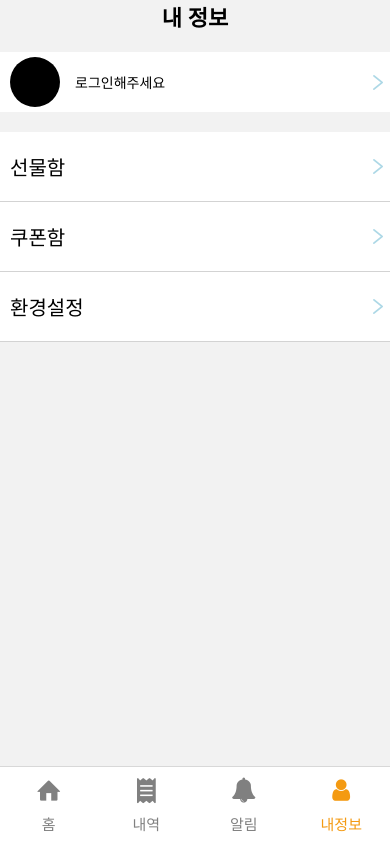
Repository: Unique0902/GachiDutch
Screen: /User
These files come from the project's save history. The screen is drawn as it stood at one moment and after the next save; the edit follows.
The app was drawn by React Native's web renderer in a window 390 px wide. The project was rebuilt for these pictures with package versions that can differ from the ones it lists, and the page was loaded fresh each time. Some packages were replaced by stand-ins written for this rebuild. Also part of the build but not shown: sources/components/lowBar/lowBar.jsx, sources/components/taxi/taxi.jsx, sources/components/alarm/alert.js, sources/components/alarm/alarm.jsx, sources/components/dutch_history/dutch_history.jsx, sources/components/dutchpay_historys/dutchpay_historys.jsx, sources/components/delivery_historys/delivery_historys.jsx, sources/components/taxi_historys/taxi_historys.jsx and 3 more.

Above is the screen before, as saved 2022-11-11 16:57:57.

### App.js
import React from 'react';
import { StyleSheet, Text, View, Image } from 'react-native';
import Home from './sources/components/home/home';
import { NavigationContainer } from '@react-navigation/native';
import { createNativeStackNavigator } from '@react-navigation/native-stack';
import Taxi from './sources/components/taxi/taxi';
import Main from './sources/routes/main/main';
import Login from './sources/routes/login/login';
import HttpClient from './sources/network/http.js';
import ReceiptService from './sources/services/receipt.js';
import Ready from './sources/components/ready/ready';

const Stack = createNativeStackNavigator();
const baseURL = 'https://dutch-server.herokuapp.com';
const httpClient = new HttpClient(baseURL);
const receiptService = new ReceiptService(baseURL);

export default function App() {
  return (
    <>
      <NavigationContainer>
        <Stack.Navigator screenOptions={{ headerShown: false }}>
          <Stack.Screen
            name='Main'
            children={({ navigation, route }) => (
              <Main
                receiptService={receiptService}
                navigation={navigation}
                route={route}
              />
            )}
          />
          <Stack.Screen name='Taxi' component={Taxi} />
          <Stack.Screen name='Login' component={Login} />
          <Stack.Screen name='Ready' component={Ready} />
        </Stack.Navigator>
      </NavigationContainer>
    </>
  );
}

const styles = StyleSheet.create({
  header: {
    flexDirection: 'row',
    alignItems: 'center',
    justifyContent: 'space-between',
    margin: 25,
  },
  main: {},
  container: {
    flex: 1,
    backgroundColor: '#fff',
    alignItems: 'center',
    justifyContent: 'center',
  },
  logo: {
    width: 150,
    height: 30,
  },
});

### sources/components/home/home.jsx
import React, { useRef, useState, useEffect } from 'react';
import {
  StyleSheet,
  Text,
  View,
  Image,
  Button,
  Pressable,
  ScrollView,
  Dimensions,
} from 'react-native';
import { Entypo } from '@expo/vector-icons';
import { FontAwesome } from '@expo/vector-icons';
import { FontAwesome5 } from '@expo/vector-icons';
import LowBar from '../lowBar/lowBar';
import { isLogin, getUid } from '../../services/asyncstorage';
import { StatusBar } from 'react-native';

const Home = ({ login, setLogin, navigation, setUserData, userData }) => {
  const [scrollNum, setScrollNum] = useState(1);
  const windowWidth = Dimensions.get('window').width;
  const statusBarHeight = StatusBar.currentHeight;
  const headerStyle = {
    marginTop: statusBarHeight,
  };
  let advertisementWidth = windowWidth - 40;
  const scrollWidth = parseInt(advertisementWidth);
  let scrollLeft = 0;

  const advertisementStyle = () => {
    return {
      width: advertisementWidth,
    };
  };
  const pageCircleStyle = (num) => {
    if (scrollNum === num) {
      return {
        color: '#FB9700',
      };
    } else {
      return {
        color: '#FFFDD1',
      };
    }
  };
  const scrollRef = useRef();
  return (
    <View style={[styles.home, headerStyle]}>
      <View style={styles.top}>
        <View style={styles.header}>
          <Image
            source={require('../../images/dutch_logo.png')}
            style={styles.logo}
          />
          <Pressable
            onPress={() => {
              navigation.navigate('Ready');
            }}
          >
            <Entypo name='menu' size={35} color='black' />
          </Pressable>
        </View>
        <View style={styles.mainTop}>
          {login ? (
            <View style={styles.onLogin}>
              <Text style={styles.onLoginText}>
                {userData && userData.name}님 반가워요!
              </Text>
            </View>
          ) : (
            <View style={styles.login}>
              <View style={styles.loginTop}>
                <Pressable
                  style={styles.loginBtn}
                  onPress={() =>
                    navigation.navigate('Login', { setLogin, setUserData })
                  }
                >
                  <Text style={[styles.loginText, styles.loginBtnText]}>
                    로그인
                  </Text>
                </Pressable>
                <Text style={styles.loginText}>하시고</Text>
              </View>
              <Text style={styles.loginText}>다양한 혜택을 만나 보세요!</Text>
            </View>
          )}
          <View style={styles.advertisementBox}>
            <ScrollView
              horizontal
              pagingEnabled
              contentContainerStyle={styles.advertisementScroll}
              ref={scrollRef}
              onScroll={(e) => {
                scrollLeft = parseInt(e.nativeEvent.contentOffset.x);
                if (scrollLeft % scrollWidth < 10) {
                  setScrollNum(parseInt(scrollLeft / scrollWidth + 1));
                }
              }}
              scrollEventThrottle={100}
              showsHorizontalScrollIndicator={false}
            >
              <Pressable
                style={[styles.advertisement, advertisementStyle()]}
                onPress={() => {
                  navigation.navigate('Ready');
                }}
              >
                <Image
                  source={require('../../images/advertisement_img.png')}
                  style={styles.advertisementImg}
                />
                <Text style={styles.advertisementText}>
                  같이 더치로{'\n'}편리하게 이용하세요
                </Text>
              </Pressable>
              <Pressable
                style={[styles.advertisement, advertisementStyle()]}
                onPress={() => {
                  navigation.navigate('Ready');
                }}
              >
                <Image
                  source={require('../../images/advertisement_img.png')}
                  style={styles.advertisementImg}
                />
                <Text style={styles.advertisementText}>
                  같이 더치로{'\n'}편리하게 이용하세요
                </Text>
              </Pressable>
              <Pressable
                style={[styles.advertisement, advertisementStyle()]}
                onPress={() => {
                  navigation.navigate('Ready');
                }}
              >
                <Image
                  source={require('../../images/advertisement_img.png')}
                  style={styles.advertisementImg}
                />
                <Text style={styles.advertisementText}>
                  같이 더치로{'\n'}편리하게 이용하세요
                </Text>
              </Pressable>
              <Pressable
                style={[styles.advertisement, advertisementStyle()]}
                onPress={() => {
                  navigation.navigate('Ready');
                }}
              >
                <Image
                  source={require('../../images/advertisement_img.png')}
                  style={styles.advertisementImg}
                />
                <Text style={styles.advertisementText}>
                  같이 더치로{'\n'}편리하게 이용하세요
                </Text>
              </Pressable>
            </ScrollView>
            <View style={styles.pageCircles}>
              <FontAwesome
                style={[styles.pageCircle, pageCircleStyle(1)]}
                name='circle'
                size={10}
                color='white'
              />
              <FontAwesome
                style={[styles.pageCircle, pageCircleStyle(2)]}
                name='circle'
                size={10}
                color='white'
              />
              <FontAwesome
                style={[styles.pageCircle, pageCircleStyle(3)]}
                name='circle'
                size={10}
                color='white'
              />
              <FontAwesome
                style={[styles.pageCircle, pageCircleStyle(4)]}
                name='circle'
                size={10}
                color='white'
              />
            </View>
          </View>
        </View>
      </View>
      <Pressable
        style={styles.event}
        onPress={() => {
          navigation.navigate('Ready');
        }}
      >
        <View>
          <Text style={[styles.eventText, { fontSize: 20 }]}>
            이벤트 {'   '}|
          </Text>
        </View>
        <Text style={[styles.eventText, { fontSize: 15, marginLeft: 20 }]}>
          같이더치 월 결제로 10% 할인받자!
        </Text>
        <Text style={[styles.eventText, { fontSize: 20, marginLeft: 20 }]}>
          {'>'}
        </Text>
      </Pressable>

      <View style={styles.mainBottom}>
        <View style={styles.categories}>
          <View style={styles.topBtns}>
            <View style={styles.btnShadow}>
              <Pressable
                style={styles.goodsBtn}
                onPress={() => {
                  if (login) {
                    navigation.navigate('Taxi', { userData });
                  } else {
                    navigation.navigate('Login', { setLogin, setUserData });
                  }
                }}
              >
                <Image
                  source={require('../../images/taxi_img.png')}
                  style={styles.taxiImg}
                />
                <Text style={[styles.goodText, { marginTop: 20 }]}>택시</Text>
              </Pressable>
            </View>
            <View style={styles.btnShadow}>
              <Pressable
                style={styles.goodsBtn}
                onPress={() => {
                  navigation.navigate('Ready');
                }}
              >
                <Image
                  source={require('../../images/delivery_img.png')}
                  style={styles.taxiImg}
                />
                <Text style={[styles.goodText, { marginTop: 20 }]}>배달</Text>
              </Pressable>
            </View>
          </View>
          <View style={styles.downBtns}>
            <View style={styles.btnShadow}>
              <Pressable
                style={styles.downGoodsBtn}
                onPress={() => {
                  navigation.navigate('Ready');
                }}
              >
                <Image
                  source={require('../../images/taxi_human_img.png')}
                  style={styles.peopleImg}
                />
                <Text
                  style={[styles.goodText, { marginRight: 20, marginLeft: 20 }]}
                >
                  지인끼리
                </Text>
                <Image
                  source={require('../../images/location_img.png')}
                  style={styles.peopleImg}
                />
              </Pressable>
            </View>
          </View>
        </View>
      </View>
    </View>
  );
};

export default Home;

const styles = StyleSheet.create({
  home: {
    flex: 1,
    flexDirection: 'column',
  },
  loginText: {
    paddingVertical: 5,
  },
  header: {
    flexDirection: 'row',
    alignItems: 'center',
    justifyContent: 'space-between',
    margin: 0,
    flex: 1,
  },
  mainTop: {
    flex: 6,
  },
  top: {
    flex: 6,
    padding: 20,
  },
  loginBtn: {},
  login: {
    flex: 2,
    marginTop: 15,
  },
  onLogin: {
    flex: 2,
    marginTop: 15,
  },
  onLoginText: {
    marginTop: 10,
    fontSize: 25,
    fontWeight: '600',
    color: '#444444',
  },
  loginTop: {
    flexDirection: 'row',
    alignItems: 'center',
  },
  loginText: {
    fontSize: 18,
    color: '#444444',
  },
  loginBtnText: {
    color: '#F39910',
    textDecorationLine: 'underline',
    textDecorationStyle: 'solid',
    textDecorationColor: '#000',
  },
  mainBottom: {
    flex: 6,
    padding: 15,
  },
  advertisementScroll: {
    borderRadius: 15,
    position: 'relative',
  },
  advertisementBox: {
    flex: 4,
  },
  advertisement: {
    backgroundColor: '#FBBA00',
    borderRadius: 15,
    position: 'relative',
  },
  advertisementText: {
    color: 'white',
    fontSize: 20,
    fontWeight: '800',
    marginLeft: 30,
    marginTop: 25,
  },
  advertisementImg: {
    width: '100%',
    height: '87%',
    position: 'absolute',
    borderRadius: 20,
    bottom: 0,
  },
  pageCircles: {
    flexDirection: 'row',
    position: 'absolute',
    alignItems: 'center',
    bottom: 4,
    left: 140,
  },
  pageCircle: {
    marginLeft: 3,
    marginRight: 3,
  },
  event: {
    flex: 1,
    backgroundColor: '#3C4451',
    flexDirection: 'row',
    justifyContent: 'center',
    alignItems: 'center',
  },
  categories: {
    flex: 1,
  },
  topBtns: {
    flexDirection: 'row',
    flex: 3,
  },
  downBtns: {
    flex: 2,
  },
  goodsBtn: {
    borderRadius: 20,
    backgroundColor: 'white',
    width: '100%',
    height: '100%',
    alignItems: 'center',
    justifyContent: 'center',
  },
  downGoodsBtn: {
    borderRadius: 20,
    backgroundColor: 'white',
    width: '100%',
    height: '100%',
    flexDirection: 'row',
    justifyContent: 'center',
    alignItems: 'center',
  },
  goodText: {
    fontSize: 20,
    fontWeight: '600',
  },
  btnShadow: {
    flex: 1,
    shadowOffset: {
      width: 0,
      height: 1,
    },
    shadowOpacity: 0.18,
    borderRadius: 20,
    shadowRadius: 1.0,
    elevation: 1,
    margin: 5,
  },
  eventText: {
    color: 'white',
  },
  taxiImg: {
    width: 90,
    height: 90,
  },
  peopleImg: {
    width: 60,
    height: 67,
  },
  logo: {
    width: 150,
    height: 30,
  },
});

### sources/routes/main/main.jsx
import React, { useEffect, useRef, useState } from 'react';
import { View, Button, Text } from 'react-native';
import Home from '../../components/home/home';
import LowBar from '../../components/lowBar/lowBar';
import User from '../../components/user/user';
import Alarm from '../../components/alarm/alarm';
import Receipt from '../../components/receipt/receipt';
import { createBottomTabNavigator } from '@react-navigation/bottom-tabs';
import { Entypo } from '@expo/vector-icons';
import { FontAwesome } from '@expo/vector-icons';
import { FontAwesome5 } from '@expo/vector-icons';
import { isLogin, matchUserData } from '../../services/asyncstorage';

const Tab = createBottomTabNavigator();

const Main = ({ receiptService, navigation, route }) => {
  const [login, setLogin] = useState(false);
  const [userData, setUserData] = useState(null);
  useEffect(() => {
    isLogin().then((result) => {
      if (result) {
        setLogin(true);
        console.log('로그인 되어있음!');
        matchUserData(setUserData);
      } else {
        setLogin(false);
        console.log('로그인 안되어있음!');
      }
    });
  }, [login]);
  return (
    <>
      <View style={{ flex: 14 }}>
        <Tab.Navigator
          screenOptions={({ route }) => ({
            tabBarIcon: ({ color, size }) => {
              if (route.name === 'Home') {
                return <Entypo name='home' size={size} color={color} />;
              } else if (route.name === 'Receipt') {
                return (
                  <FontAwesome5 name='receipt' size={size} color={color} />
                );
              } else if (route.name === 'Alarm') {
                return <FontAwesome name='bell' size={size} color={color} />;
              } else if (route.name === 'User') {
                return <FontAwesome name='user' size={size} color={color} />;
              }
            },
            tabBarStyle: { flex: 0.1 },
            tabBarLabelStyle: {
              fontSize: 15,
              marginBottom: 10,
              fontWeight: '500',
            },
            tabBarActiveTintColor: '#F49A11',
            tabBarInactiveTintColor: 'gray',
            headerShown: false,
          })}
        >
          <Tab.Screen
            name='Home'
            options={({ route, navigation }) => {
              return { tabBarLabel: '홈' };
            }}
            children={({ navigation }) => (
              <Home
                login={login}
                setLogin={setLogin}
                navigation={navigation}
                setUserData={setUserData}
                userData={userData}
              />
            )}
          />
          <Tab.Screen
            name='Receipt'
            options={({ route, navigation }) => {
              return { tabBarLabel: '내역' };
            }}
            children={({ navigation, route }) => (
              <Receipt
                login={login}
                navigation={navigation}
                receiptService={receiptService}
                userData={userData}
                route={route}
              />
            )}
          />
          <Tab.Screen
            options={({ route, navigation }) => {
              return { tabBarLabel: '알림' };
            }}
            name='Alarm'
            children={({ navigation }) => (
              <Alarm login={login} navigation={navigation} />
            )}
          />
          <Tab.Screen
            options={({ route, navigation }) => {
              return { tabBarLabel: '내정보' };
            }}
            name='User'
            children={({ navigation }) => (
              <User
                login={login}
                setLogin={setLogin}
                navigation={navigation}
                setUserData={setUserData}
                userData={userData}
              />
            )}
          />
        </Tab.Navigator>
      </View>
    </>
  );
};

export default Main;

### sources/network/http.js
export default class HttpClient {
  constructor(baseURL) {
    this.baseURL = baseURL;
  }

  async fetch(url, options) {
    const res = await fetch(`${this.baseURL}${url}`, {
      ...options,
      headers: {
        'Content-Type': 'application/json',
        ...options.headers,
      },
    });
    let data;
    try {
      data = await res.json();
    } catch (error) {
      console.error(error);
    }

    if (res.status > 299 || res.status < 200) {
      const message =
        data && data.message ? data.message : 'Something went wrong! 🤪';
      const error = new Error(message);
      throw error;
    }
    return data;
  }
}

### sources/services/receipt.js
export default class ReceiptService {
  constructor(http) {
    this.http = http;
  }

  getTexiHistorys = async (userId) => {
    return await fetch(`${this.http}/receipt/all/${userId}`, {
      method: 'GET',
    });
  };
}

### sources/services/asyncstorage.js
import AsyncStorage from '@react-native-async-storage/async-storage';

export const isLogin = async () => {
  try {
    const loginDatas = await AsyncStorage.getItem('loginDatas');
    console.log(loginDatas);
    if (loginDatas) {
      return true;
    } else {
      return false;
    }
  } catch (e) {
    console.error(e);
  }
};

export const logout = async () => {
  try {
    await AsyncStorage.removeItem('loginDatas');
  } catch (error) {
    console.error(error);
  }
};

export const getRefreshToken = async () => {
  try {
    const loginDatas = await AsyncStorage.getItem('loginDatas');
    if (loginDatas) {
      return JSON.parse(loginDatas).refreshToken;
    }
  } catch (e) {
    console.error(e);
  }
};

export const getUid = async () => {
  try {
    const loginDatas = await AsyncStorage.getItem('loginDatas');
    if (loginDatas) {
      return JSON.parse(loginDatas).uid;
    }
  } catch (e) {
    console.error(e);
  }
};

export const matchUserData = async (setUserData) => {
  try {
    const loginDatas = await AsyncStorage.getItem('loginDatas');
    if (loginDatas) {
      return setUserData(JSON.parse(loginDatas));
    }
  } catch (e) {
    console.error(e);
  }
};

### sources/components/user/user.jsx
import React, { useEffect, useRef, useState } from 'react';
import { StatusBar } from 'react-native';
import {
  StyleSheet,
  Text,
  View,
  Pressable,
  ScrollView,
  Image,
} from 'react-native';
import { AntDesign } from '@expo/vector-icons';
import { isLogin, logout } from '../../services/asyncstorage';

export default function User({
  login,
  setLogin,
  navigation,
  setUserData,
  userData,
}) {
  const statusBarHeight = StatusBar.currentHeight;
  const headerStyle = {
    marginTop: statusBarHeight,
  };
  const onProfilePress = () => {
    console.log('profile pressed');
  };
  const onProfileInfoPress = () => {
    if (login) {
    } else {
      navigation.navigate('Login', { setLogin: setLogin });
    }
  };
  useEffect(() => {
    console.log(login);
  }, []);
  return (
    <View style={styles.container}>
      <View>
        <Text style={[styles.header, headerStyle]}>내 정보</Text>
      </View>
      <View>
        <Pressable style={styles.profileBtn}>
          <Pressable onPress={onProfilePress}>
            <Image style={styles.profileImage} />
          </Pressable>
          <View style={styles.profileName}>
            {login ? (
              <>
                <Text style={styles.nameText}>{userData && userData.name}</Text>
              </>
            ) : (
              <>
                <Text>로그인해주세요</Text>
              </>
            )}
          </View>
          <AntDesign style={styles.enter} name='right' size={20} />
        </Pressable>
        {/* <Pressable
          style={{
            flexDirection: 'column',
            alignItems: 'flex-end',
            marginBottom: 15,
          }}
        >
          <View style={{ flexDirection: 'row' }}>
            <Text>*** </Text>
            <Text>Point</Text>
            <AntDesign name='right' size={24} color='black' />
          </View>
        </Pressable> */}
      </View>

      <View style={styles.menus}>
        {/* <Pressable style={styles.enterMenu}>
          <Text style={styles.menuText}>주문내역</Text>
          <AntDesign name='right' size={24} color='black' />
        </Pressable> */}
        <Pressable style={styles.enterMenu}>
          <Text style={styles.menuText}>선물함</Text>
          <AntDesign style={styles.enter} name='right' size={20} />
        </Pressable>
        <Pressable style={styles.enterMenu}>
          <Text style={styles.menuText}>쿠폰함</Text>
          <AntDesign style={styles.enter} name='right' size={20} />
        </Pressable>
        <Pressable style={styles.enterMenu}>
          <Text style={styles.menuText}>환경설정</Text>
          <AntDesign style={styles.enter} name='right' size={20} />
        </Pressable>
        {login && (
          <Pressable style={styles.logoutBtn}>
            <Text
              style={styles.logoutText}
              onPress={() => {
                logout().then(() => {
                  setLogin(false);
                  console.log('로그아웃됨!');
                  setUserData(null);
                  navigation.navigate('Main', { screen: 'Home' });
                });
              }}
            >
              로그아웃
            </Text>
          </Pressable>
        )}
      </View>
    </View>
    //내정보
  );
}

const styles = StyleSheet.create({
  container: {
    flex: 1,
  },
  header: {
    fontSize: 22,
    fontWeight: '600',
    alignSelf: 'center',
  },
  enterMenu: {
    justifyContent: 'space-between',
    alignItems: 'center',
    flexDirection: 'row',
    padding: 20,
    paddingHorizontal: 10,
    borderBottomColor: 'lightgray',
    borderBottomWidth: 1,
    borderStyle: 'solid',
  },
  menus: {
    backgroundColor: 'white',
    marginTop: 20,
  },
  menuText: {
    fontSize: 20,
    fontWeight: '500',
  },
  nameText: {
    fontSize: 20,
    fontWeight: '600',
  },
  profileImage: {
    width: 50,
    height: 50,
    borderRadius: 100,
    backgroundColor: 'black',
  },
  infoArea: {
    flexDirection: 'column',
  },
  infoText: {
    fontSize: 24,
    fontWeight: '500',
  },
  profileBtn: {
    marginTop: 20,
    padding: 5,
    paddingHorizontal: 10,
    flexDirection: 'row',
    alignItems: 'center',
    backgroundColor: 'white',
  },
  logoutText: {
    fontSize: 20,
    fontWeight: '500',
    color: 'red',
  },
  profileName: {
    marginLeft: 15,
  },
  enter: {
    position: 'absolute',
    right: 2,
    color: 'lightblue',
  },
});

Loaded but not shown: index.js (common file)

After the next save:
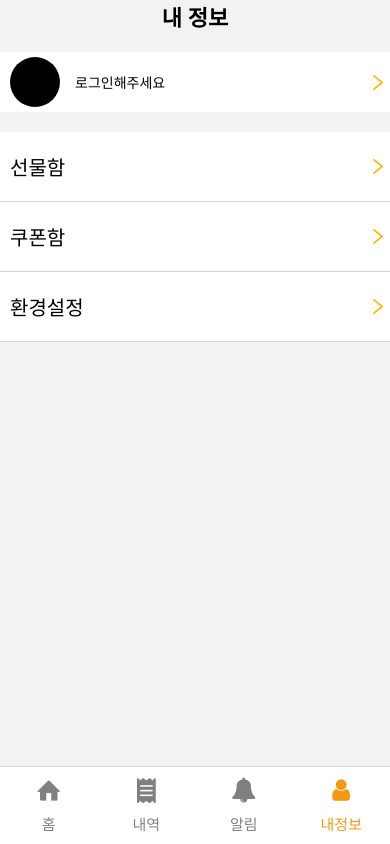
Saved 20 s later.
--- a/sources/components/user/user.jsx
+++ b/sources/components/user/user.jsx
@@ -175,6 +175,6 @@ const styles = StyleSheet.create({
   enter: {
     position: 'absolute',
     right: 2,
-    color: 'lightblue',
+    color: '#FBBA00',
   },
 });
